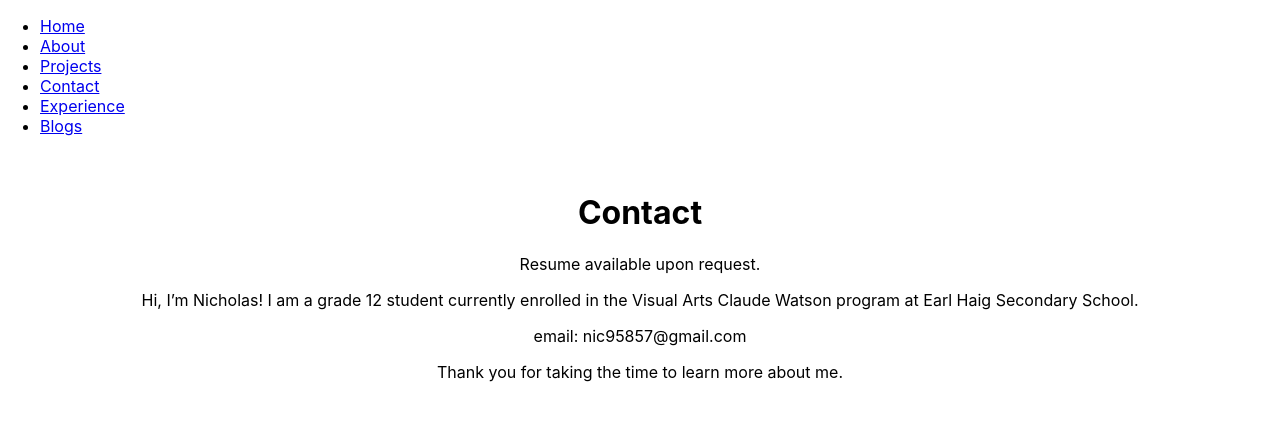
Repository: nicholaschen09/personalWebsite
Page: /contact
These files come from the project's save history. The page is drawn as it stood at one moment and after the next save; the edit follows.
The browser window is 1280 px wide. The pictures show the whole page.
The project was rebuilt for these pictures with package versions that can differ from the ones it lists, and the page was loaded fresh each time. Also part of the build but not shown: src/components/About.css, src/components/About.js, src/components/Home.css, src/components/Home.js, src/components/Projects.css, src/components/Projects.js, src/components/Experience.css, src/components/Experience.js and 2 more.

Above is the page before, as saved 2024-05-23 00:08:53.

After the next save:
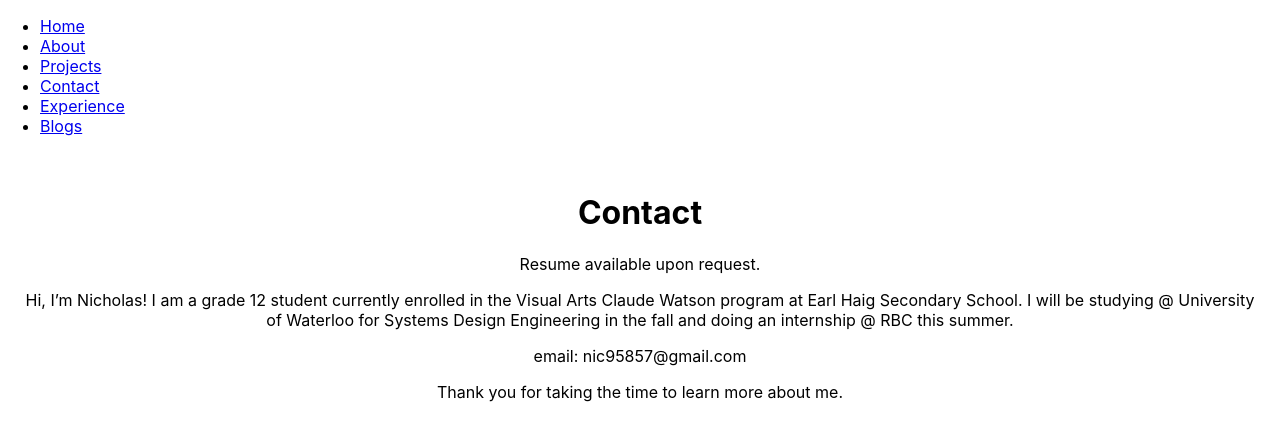
Saved 6 min 6 s later.
--- a/src/components/Contact.js
+++ b/src/components/Contact.js
@@ -6,7 +6,9 @@ const Contact = () => {
         <div className="contact">
             <h1>Contact</h1>
             <p>Resume available upon request.</p>
-            <p>Hi, I’m Nicholas!  I am a grade 12 student currently enrolled in the Visual Arts Claude Watson program at Earl Haig Secondary School. </p>
+            <p>Hi, I’m Nicholas!  I am a grade 12 student currently enrolled in the Visual Arts Claude Watson
+                program at Earl Haig Secondary School. I will be studying @ University of
+                Waterloo for Systems Design Engineering in the fall and doing an internship @ RBC this summer.</p>
             <p>email: nic95857@gmail.com</p>
             <p>Thank you for taking the time to learn more about me.</p>
         </div>
